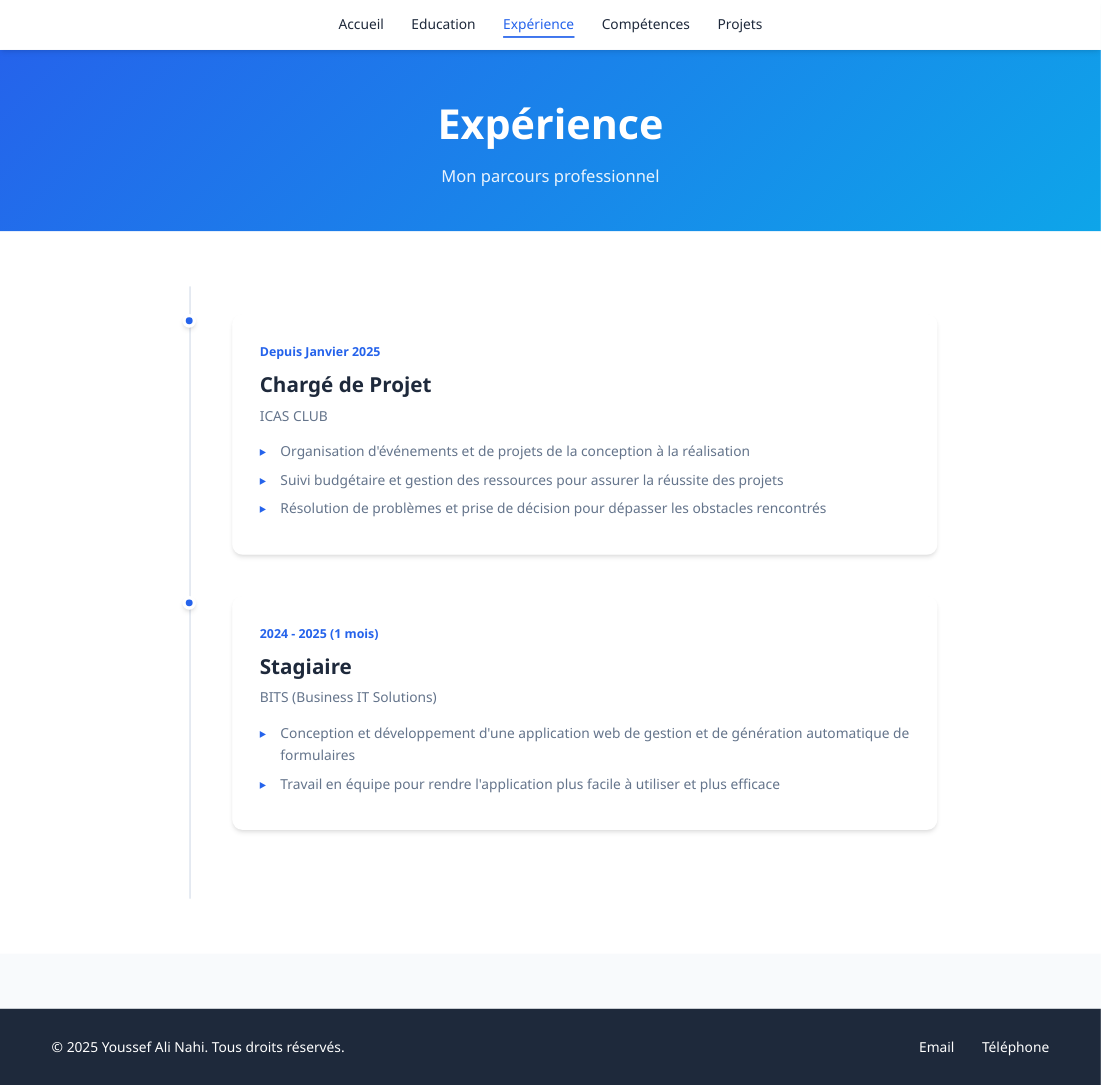
Repository: Youssef-Nahi504/My_Portfolio
Page: experience.html
An editor plug-in stored every save of this project. The page is shown before and after the next save, followed by the edit.
The browser window is 1280 px wide. The pictures show the whole page, at 86% of full size.

Above is the page before, as saved 2025-12-19 16:55:28.

### experience.html
<!DOCTYPE html>
<html lang="fr">
<head>
    <meta charset="UTF-8">
    <meta name="viewport" content="width=device-width, initial-scale=1.0">
    <title>Expérience - Youssef Ali Nahi</title>
    <link rel="stylesheet" href="style.css">
</head>
<body>
    <nav class="navbar">
        <div class="nav-container">
            <ul class="nav-menu">
                <li><a href="index.html">Accueil</a></li>
                <li><a href="Education.html">Education</a></li>
                <li><a href="experience.html" class="active">Expérience</a></li>
                <li><a href="competences.html">Compétences</a></li>
                <li><a href="projets.html">Projets</a></li>
            </ul>
            <div class="hamburger">
                <span></span>
                <span></span>
                <span></span>
            </div>
        </div>
    </nav>

    <main>
        <section class="page-header">
            <div class="container">
                <h1>Expérience</h1>
                <p>Mon parcours professionnel</p>
            </div>
        </section>

        <section class="experience-section">
            <div class="container">
                <div class="timeline">
                    <div class="timeline-item">
                        <div class="timeline-marker"></div>
                        <div class="timeline-content">
                            <div class="timeline-date">Depuis Janvier 2025</div>
                            <h3>Chargé de Projet</h3>
                            <h4>ICAS CLUB</h4>
                            <ul>
                                <li>Organisation d'événements et de projets de la conception à la réalisation</li>
                                <li>Suivi budgétaire et gestion des ressources pour assurer la réussite des projets</li>
                                <li>Résolution de problèmes et prise de décision pour dépasser les obstacles rencontrés</li>
                            </ul>
                        </div>
                    </div>

                    <div class="timeline-item">
                        <div class="timeline-marker"></div>
                        <div class="timeline-content">
                            <div class="timeline-date">2024 - 2025 (1 mois)</div>
                            <h3>Stagiaire</h3>
                            <h4>BITS (Business IT Solutions)</h4>
                            <ul>
                                <li>Conception et développement d'une application web de gestion et de génération automatique de formulaires</li>
                                <li>Travail en équipe pour rendre l'application plus facile à utiliser et plus efficace</li>
                            </ul>
                        </div>
                    </div>
                </div>
            </div>
        </section>


    </main>

    <footer>
        <div class="container">
            <p>&copy; 2025 Youssef Ali Nahi. Tous droits réservés.</p>
            <div class="footer-links">
                <a href="mailto:nahiyoussef02@gmail.com">Email</a>
                <a href="tel:+212619303473">Téléphone</a>
            </div>
        </div>
    </footer>

    <script src="file.js"></script>
</body>
</html>

### style.css
* {
    margin: 0;
    padding: 0;
    box-sizing: border-box;
}

:root {
    --primary-color: #2563eb;
    --primary-dark: #1e40af;
    --secondary-color: #64748b;
    --accent-color: #0ea5e9;
    --text-dark: #1e293b;
    --text-light: #64748b;
    --bg-light: #f8fafc;
    --bg-white: #ffffff;
    --border-color: #e2e8f0;
    --shadow: 0 4px 6px -1px rgba(0, 0, 0, 0.1), 0 2px 4px -1px rgba(0, 0, 0, 0.06);
    --shadow-lg: 0 10px 15px -3px rgba(0, 0, 0, 0.1), 0 4px 6px -2px rgba(0, 0, 0, 0.05);
}

body {
    font-family: 'Segoe UI', Tahoma, Geneva, Verdana, sans-serif;
    line-height: 1.6;
    color: var(--text-dark);
    background-color: var(--bg-light);
}

.container {
    max-width: 1200px;
    margin: 0 auto;
    padding: 0 20px;
}

/* Navigation */
.navbar {
    background: var(--bg-white);
    box-shadow: var(--shadow);
    position: sticky;
    top: 0;
    z-index: 1000;
    padding: 1rem 0;
}

.nav-container {
    max-width: 1200px;
    margin: 0 auto;
    padding: 0 20px;
    display: flex;
  justify-content: center; /* horizontal */
  align-items: center;
}

.logo {
    font-size: 1.5rem;
    font-weight: bold;
    color: var(--primary-color);
    letter-spacing: 2px;
}

.nav-menu {
    display: flex;
    list-style: none;
    gap: 2rem;
}

.nav-menu a {
    text-decoration: none;
    color: var(--text-dark);
    font-weight: 500;
    transition: color 0.3s ease;
    position: relative;
}

.nav-menu a:hover,
.nav-menu a.active {
    color: var(--primary-color);
}

.nav-menu a.active::after {
    content: '';
    position: absolute;
    bottom: -5px;
    left: 0;
    width: 100%;
    height: 2px;
    background: var(--primary-color);
}

.hamburger {
    display: none;
    flex-direction: column;
    cursor: pointer;
    gap: 4px;
}

.hamburger span {
    width: 25px;
    height: 3px;
    background: var(--text-dark);
    transition: all 0.3s ease;
}

/* Hero Section */
.hero {
    background: linear-gradient(135deg, var(--primary-color) 0%, var(--accent-color) 100%);
    color: white;
    padding: 4rem 0;
    min-height: 80vh;
    display: flex;
    align-items: center;
}

.hero-content {
    max-width: 1200px;
    margin: 0 auto;
    padding: 0 20px;
    display: grid;
    grid-template-columns: 1fr 1fr;
    gap: 3rem;
    align-items: center;
}

.hero-text h1 {
    font-size: 3rem;
    margin-bottom: 0.5rem;
    font-weight: 700;
}

.hero-text h2 {
    font-size: 1.5rem;
    margin-bottom: 1.5rem;
    opacity: 0.9;
    font-weight: 400;
}

.hero-subtitle {
    font-size: 1.1rem;
    margin-bottom: 2rem;
    opacity: 0.95;
    line-height: 1.8;
}

.hero-buttons {
    display: flex;
    gap: 1rem;
    flex-wrap: wrap;
}

.btn {
    padding: 0.75rem 2rem;
    border-radius: 8px;
    text-decoration: none;
    font-weight: 600;
    transition: all 0.3s ease;
    display: inline-block;
}

.btn-primary {
    background: white;
    color: var(--primary-color);
}

.btn-primary:hover {
    transform: translateY(-2px);
    box-shadow: var(--shadow-lg);
}

.btn-secondary {
    background: transparent;
    color: white;
    border: 2px solid white;
}

.btn-secondary:hover {
    background: white;
    color: var(--primary-color);
}

.profile-card {
    background: rgba(255, 255, 255, 0.1);
    backdrop-filter: blur(10px);
    border-radius: 16px;
    padding: 2rem;
    border: 1px solid rgba(255, 255, 255, 0.2);
}

.profile-info p {
    margin-bottom: 1rem;
    font-size: 1rem;
}

.profile-info strong {
    display: inline-block;
    width: 140px;
}

/* About Section */
.about {
    padding: 4rem 0;
    background: var(--bg-white);
}

.section-title {
    font-size: 2.5rem;
    margin-bottom: 2rem;
    text-align: center;
    color: var(--text-dark);
}

.about-content {
    max-width: 800px;
    margin: 0 auto 3rem;
    text-align: center;
}

.about-content p {
    font-size: 1.1rem;
    color: var(--text-light);
    margin-bottom: 1.5rem;
    line-height: 1.8;
}

.quick-links {
    display: grid;
    grid-template-columns: repeat(auto-fit, minmax(250px, 1fr));
    gap: 2rem;
    margin-top: 3rem;
}

.quick-link-card {
    background: var(--bg-white);
    padding: 2rem;
    border-radius: 12px;
    text-decoration: none;
    color: var(--text-dark);
    box-shadow: var(--shadow);
    transition: all 0.3s ease;
    border: 2px solid transparent;
}

.quick-link-card:hover {
    transform: translateY(-5px);
    box-shadow: var(--shadow-lg);
    border-color: var(--primary-color);
}

.quick-link-card h3 {
    color: var(--primary-color);
    margin-bottom: 0.5rem;
    font-size: 1.5rem;
}

.quick-link-card p {
    color: var(--text-light);
}

/* Page Header */
.page-header {
    background: linear-gradient(135deg, var(--primary-color) 0%, var(--accent-color) 100%);
    color: white;
    padding: 3rem 0;
    text-align: center;
}

.page-header h1 {
    font-size: 3rem;
    margin-bottom: 0.5rem;
}

.page-header p {
    font-size: 1.2rem;
    opacity: 0.9;
}

/* Experience Section */
.experience-section {
    padding: 4rem 0;
    background: var(--bg-white);
}

.timeline {
    position: relative;
    max-width: 900px;
    margin: 0 auto;
    padding: 2rem 0;
}

.timeline::before {
    content: '';
    position: absolute;
    left: 30px;
    top: 0;
    bottom: 0;
    width: 2px;
    background: var(--border-color);
}

.timeline-item {
    position: relative;
    margin-bottom: 3rem;
    padding-left: 80px;
}

.timeline-marker {
    position: absolute;
    left: 22px;
    top: 0;
    width: 16px;
    height: 16px;
    border-radius: 50%;
    background: var(--primary-color);
    border: 4px solid var(--bg-white);
    box-shadow: var(--shadow);
}

.timeline-content {
    background: var(--bg-white);
    padding: 2rem;
    border-radius: 12px;
    box-shadow: var(--shadow);
    transition: all 0.3s ease;
}

.timeline-content:hover {
    box-shadow: var(--shadow-lg);
    transform: translateX(5px);
}

.timeline-date {
    color: var(--primary-color);
    font-weight: 600;
    margin-bottom: 0.5rem;
    font-size: 0.9rem;
}

.timeline-content h3 {
    color: var(--text-dark);
    margin-bottom: 0.25rem;
    font-size: 1.5rem;
}

.timeline-content h4 {
    color: var(--text-light);
    margin-bottom: 1rem;
    font-weight: 500;
}

.timeline-content ul {
    list-style: none;
    padding-left: 0;
}

.timeline-content li {
    padding-left: 1.5rem;
    position: relative;
    margin-bottom: 0.5rem;
    color: var(--text-light);
}

.timeline-content li::before {
    content: '▸';
    position: absolute;
    left: 0;
    color: var(--primary-color);
}

/* Education Section */
.education-section {
    padding: 4rem 0;
    background: var(--bg-light);
}

.education-grid {
    display: grid;
    grid-template-columns: repeat(auto-fit, minmax(300px, 1fr));
    gap: 2rem;
    max-width: 900px;
    margin: 0 auto;
}

.education-card {
    background: var(--bg-white);
    padding: 2rem;
    border-radius: 12px;
    box-shadow: var(--shadow);
    transition: all 0.3s ease;
    border-top: 4px solid var(--primary-color);
}

.education-card:hover {
    transform: translateY(-5px);
    box-shadow: var(--shadow-lg);
}

.education-year {
    color: var(--primary-color);
    font-weight: 600;
    margin-bottom: 1rem;
    font-size: 0.9rem;
}

.education-card h3 {
    color: var(--text-dark);
    margin-bottom: 0.5rem;
    font-size: 1.3rem;
}

.education-card h4 {
    color: var(--text-light);
    margin-bottom: 1rem;
    font-weight: 500;
}

.education-institution {
    color: var(--text-light);
    font-style: italic;
}

/* Skills Section */
.skills-section {
    padding: 4rem 0;
    background: var(--bg-white);
}

.skills-category {
    margin-bottom: 4rem;
}

.category-title {
    font-size: 2rem;
    margin-bottom: 2rem;
    color: var(--text-dark);
    text-align: center;
}

.skills-grid {
    display: grid;
    grid-template-columns: repeat(auto-fit, minmax(250px, 1fr));
    gap: 2rem;
}

.skill-group {
    background: var(--bg-light);
    padding: 1.5rem;
    border-radius: 12px;
    border-left: 4px solid var(--accent-color);
}

.skill-group h3 {
    color: var(--text-dark);
    margin-bottom: 1rem;
    font-size: 1.2rem;
}

.skill-tags {
    display: flex;
    flex-wrap: wrap;
    gap: 0.5rem;
}

.skill-tag {
    background: var(--accent-color);
    color: white;
    padding: 0.5rem 1rem;
    border-radius: 20px;
    font-size: 0.9rem;
    font-weight: 500;
}

.soft-skills-grid {
    display: grid;
    grid-template-columns: repeat(auto-fit, minmax(200px, 1fr));
    gap: 1.5rem;
}

.soft-skill-card {
    background: linear-gradient(135deg, var(--primary-color) 0%, var(--accent-color) 100%);
    color: white;
    padding: 2rem;
    border-radius: 12px;
    text-align: center;
    transition: all 0.3s ease;
}

.soft-skill-card:hover {
    transform: translateY(-5px);
    box-shadow: var(--shadow-lg);
}

.soft-skill-card h3 {
    font-size: 1.2rem;
}

.languages-grid,
.interests-grid {
    display: grid;
    grid-template-columns: repeat(auto-fit, minmax(200px, 1fr));
    gap: 1.5rem;
}

.language-card,
.interest-card {
    background: var(--bg-white);
    padding: 2rem;
    border-radius: 12px;
    box-shadow: var(--shadow);
    text-align: center;
    transition: all 0.3s ease;
    border-top: 4px solid var(--accent-color);
}

.language-card:hover,
.interest-card:hover {
    transform: translateY(-5px);
    box-shadow: var(--shadow-lg);
}

.language-card h3,
.interest-card h3 {
    color: var(--text-dark);
    margin-bottom: 0.5rem;
    font-size: 1.3rem;
}

.language-card p {
    color: var(--text-light);
    font-weight: 500;
}

/* Projects Section */
.projects-section {
    padding: 4rem 0;
    background: var(--bg-white);
}

.projects-grid {
    display: grid;
    grid-template-columns: repeat(auto-fit, minmax(300px, 1fr));
    gap: 2rem;
}

.project-card {
    background: var(--bg-white);
    padding: 2rem;
    border-radius: 12px;
    box-shadow: var(--shadow);
    transition: all 0.3s ease;
    border-top: 4px solid var(--primary-color);
    position: relative;
}

.project-badge {
    position: absolute;
    top: 1rem;
    right: 1rem;
    background: linear-gradient(135deg, var(--primary-color) 0%, var(--accent-color) 100%);
    color: white;
    padding: 0.4rem 0.8rem;
    border-radius: 20px;
    font-size: 0.75rem;
    font-weight: 600;
    text-transform: uppercase;
    letter-spacing: 0.5px;
}

.project-card:hover {
    transform: translateY(-5px);
    box-shadow: var(--shadow-lg);
}

.project-icon {
    font-size: 3rem;
    margin-bottom: 1rem;
}

.project-card h3 {
    color: var(--text-dark);
    margin-bottom: 0.75rem;
    font-size: 1.4rem;
}

.project-tech {
    color: var(--primary-color);
    font-weight: 600;
    margin-bottom: 1rem;
    font-size: 0.9rem;
}

.project-description {
    color: var(--text-light);
    line-height: 1.7;
}

/* Footer */
footer {
    background: var(--text-dark);
    color: white;
    padding: 2rem 0;
    margin-top: 4rem;
}

footer .container {
    display: flex;
    justify-content: space-between;
    align-items: center;
    flex-wrap: wrap;
    gap: 1rem;
}

.footer-links {
    display: flex;
    gap: 2rem;
}

.footer-links a {
    color: white;
    text-decoration: none;
    transition: color 0.3s ease;
}

.footer-links a:hover {
    color: var(--accent-color);
}

/* Responsive Design */
@media (max-width: 768px) {
    .hamburger {
        display: flex;
    }

    .nav-menu {
        position: fixed;
        left: -100%;
        top: 70px;
        flex-direction: column;
        background: var(--bg-white);
        width: 100%;
        text-align: center;
        transition: 0.3s;
        box-shadow: var(--shadow);
        padding: 2rem 0;
        gap: 0;
    }

    .nav-menu.active {
        left: 0;
    }

    .nav-menu li {
        margin: 1rem 0;
    }

    .hero-content {
        grid-template-columns: 1fr;
        text-align: center;
    }

    .hero-text h1 {
        font-size: 2rem;
    }

    .hero-text h2 {
        font-size: 1.2rem;
    }

    .section-title {
        font-size: 2rem;
    }

    .page-header h1 {
        font-size: 2rem;
    }

    .timeline::before {
        left: 15px;
    }

    .timeline-item {
        padding-left: 50px;
    }

    .timeline-marker {
        left: 7px;
    }

    .quick-links {
        grid-template-columns: 1fr;
    }

    footer .container {
        flex-direction: column;
        text-align: center;
    }
}

@media (max-width: 480px) {
    .hero {
        padding: 2rem 0;
        min-height: auto;
    }

    .hero-text h1 {
        font-size: 1.5rem;
    }

    .btn {
        padding: 0.6rem 1.5rem;
        font-size: 0.9rem;
    }

    .projects-grid,
    .education-grid {
        grid-template-columns: 1fr;
    }
}

### file.js
// Mobile Navigation Toggle
const hamburger = document.querySelector('.hamburger');
const navMenu = document.querySelector('.nav-menu');

if (hamburger && navMenu) {
    hamburger.addEventListener('click', () => {
        navMenu.classList.toggle('active');

        // Animate hamburger
        const spans = hamburger.querySelectorAll('span');
        if (navMenu.classList.contains('active')) {
            spans[0].style.transform = 'rotate(45deg) translate(5px, 5px)';
            spans[1].style.opacity = '0';
            spans[2].style.transform = 'rotate(-45deg) translate(7px, -6px)';
        } else {
            spans[0].style.transform = 'none';
            spans[1].style.opacity = '1';
            spans[2].style.transform = 'none';
        }
    });

    // Close menu when clicking on a link
    document.querySelectorAll('.nav-menu a').forEach(link => {
        link.addEventListener('click', () => {
            navMenu.classList.remove('active');
            const spans = hamburger.querySelectorAll('span');
            spans[0].style.transform = 'none';
            spans[1].style.opacity = '1';
            spans[2].style.transform = 'none';
        });
    });

    // Close menu when clicking outside
    document.addEventListener('click', (e) => {
        if (!hamburger.contains(e.target) && !navMenu.contains(e.target)) {
            navMenu.classList.remove('active');
            const spans = hamburger.querySelectorAll('span');
            spans[0].style.transform = 'none';
            spans[1].style.opacity = '1';
            spans[2].style.transform = 'none';
        }
    });
}

// Smooth scroll for anchor links
document.querySelectorAll('a[href^="#"]').forEach(anchor => {
    anchor.addEventListener('click', function (e) {
        e.preventDefault();
        const target = document.querySelector(this.getAttribute('href'));
        if (target) {
            target.scrollIntoView({
                behavior: 'smooth',
                block: 'start'
            });
        }
    });
});

// Add scroll animation
const observerOptions = {
    threshold: 0.1,
    rootMargin: '0px 0px -50px 0px'
};

const observer = new IntersectionObserver((entries) => {
    entries.forEach(entry => {
        if (entry.isIntersecting) {
            entry.target.style.opacity = '1';
            entry.target.style.transform = 'translateY(0)';
        }
    });
}, observerOptions);

// Observe elements for animation
document.addEventListener('DOMContentLoaded', () => {
    const animateElements = document.querySelectorAll('.project-card, .education-card, .timeline-item, .skill-group, .soft-skill-card, .language-card, .interest-card, .quick-link-card');

    animateElements.forEach(el => {
        el.style.opacity = '0';
        el.style.transform = 'translateY(20px)';
        el.style.transition = 'opacity 0.6s ease, transform 0.6s ease';
        observer.observe(el);
    });
});

// Add active page highlighting
document.addEventListener('DOMContentLoaded', () => {
    const currentPage = window.location.pathname.split('/').pop() || 'index.html';
    const navLinks = document.querySelectorAll('.nav-menu a');

    navLinks.forEach(link => {
        const linkPage = link.getAttribute('href');
        if (linkPage === currentPage || (currentPage === '' && linkPage === 'index.html')) {
            link.classList.add('active');
        } else {
            link.classList.remove('active');
        }
    });
});

After the next save:
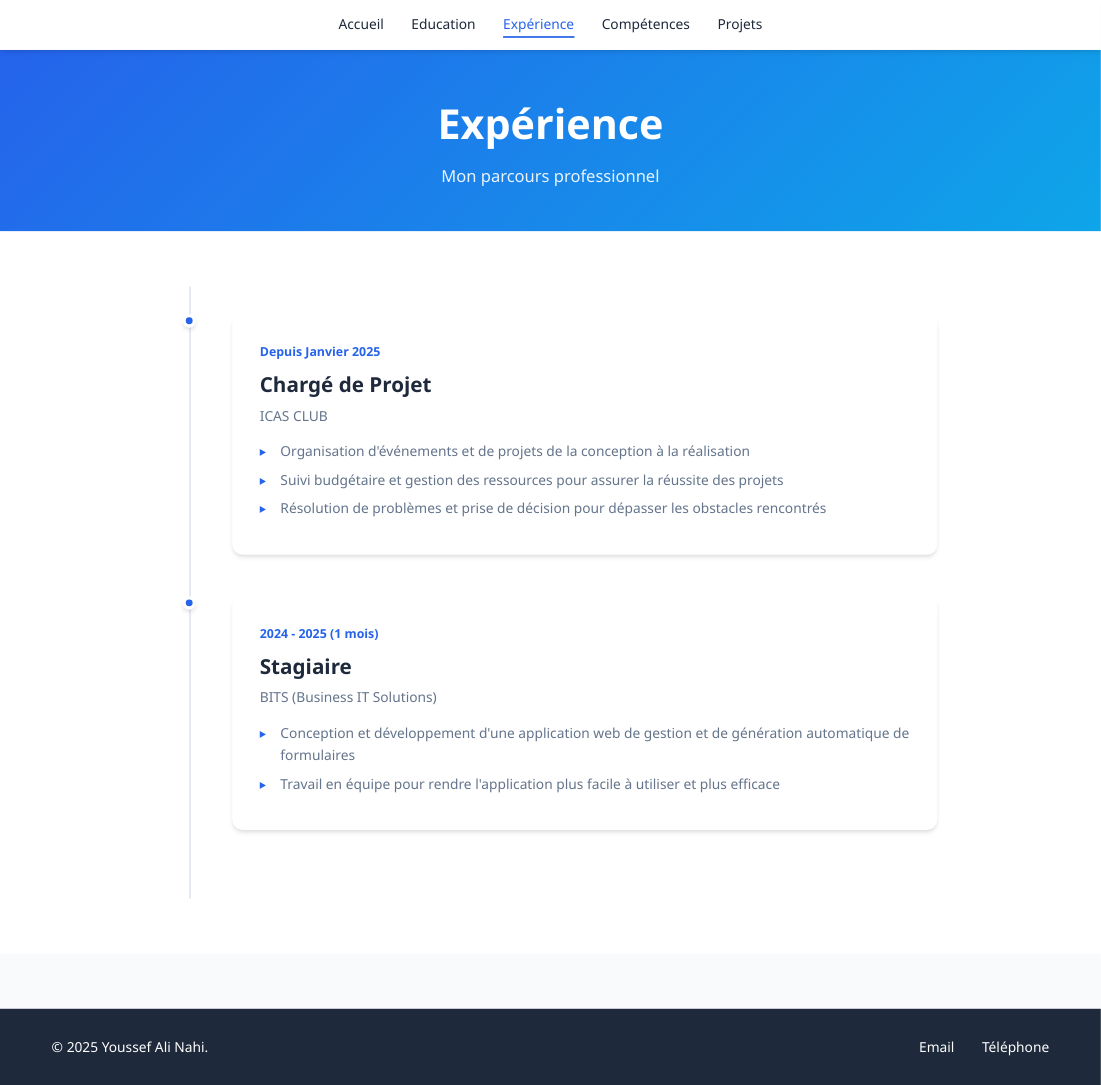
Saved 7 s later.
--- a/experience.html
+++ b/experience.html
@@ -70,7 +70,7 @@
 
     <footer>
         <div class="container">
-            <p>&copy; 2025 Youssef Ali Nahi. Tous droits réservés.</p>
+            <p>&copy; 2025 Youssef Ali Nahi.</p>
             <div class="footer-links">
                 <a href="mailto:nahiyoussef02@gmail.com">Email</a>
                 <a href="tel:+212619303473">Téléphone</a>
